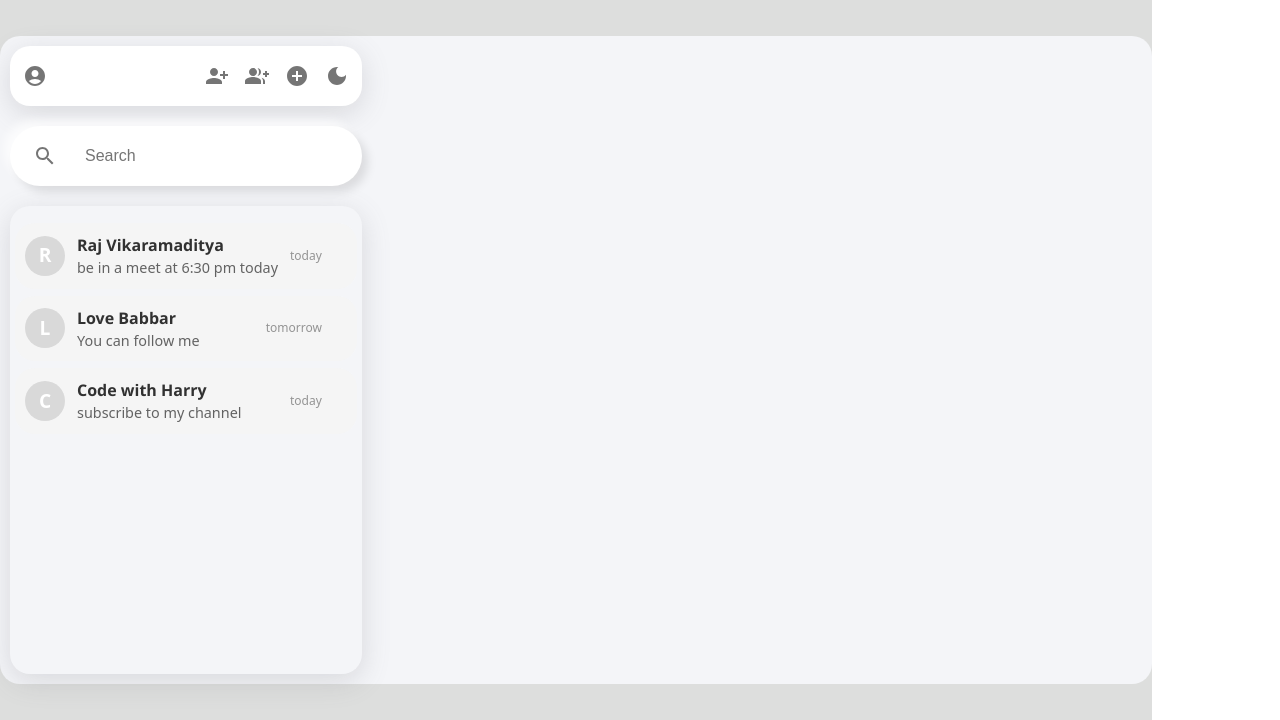
Repository: rahul-chakradhari/chat_app
Page: /app
An editor plug-in stored every save of this project. The page is shown before and after the next save, followed by the edit.
The browser window is 1280 px wide. The pictures show the whole page.
The project was rebuilt for these pictures with package versions that can differ from the ones it lists, and the page was loaded fresh each time. Also part of the build but not shown: vite.config.js, src/components/Login.jsx, src/components/Messagebyme.jsx, src/components/Messagebyothers.jsx, src/components/Chatarea.jsx, src/components/Welcome.jsx, src/components/Creategroups.jsx, src/components/Users.jsx and 1 more.

Above is the page before, as saved 2025-03-02 14:22:35.

After the next save:
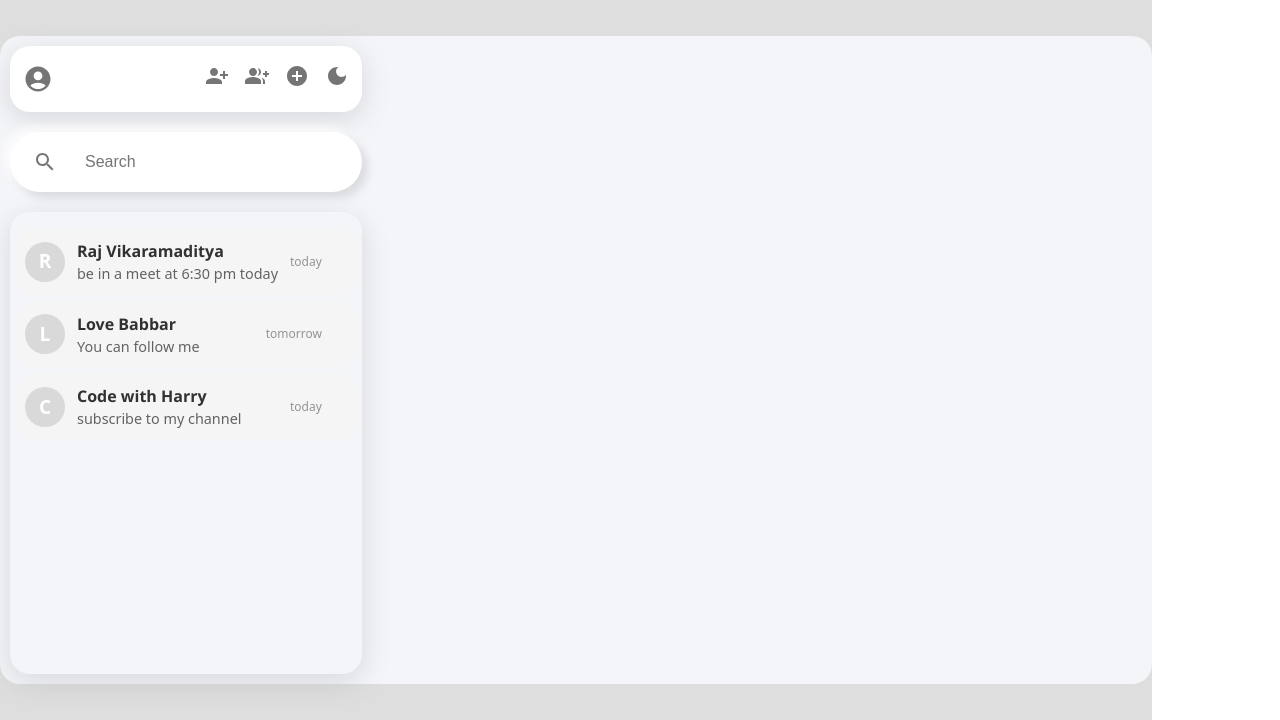
Saved 9 s later.
--- a/src/components/Sidebar.jsx
+++ b/src/components/Sidebar.jsx
@@ -39,7 +39,7 @@
       <div className={"headers " + (lighttheme ? "" : "dark")}>
         <div>
           <IconButton>
-            <AccountCircleIcon />
+            <AccountCircleIcon className="headericons" />
           </IconButton>
         </div>
         <div>

After the save that followed:
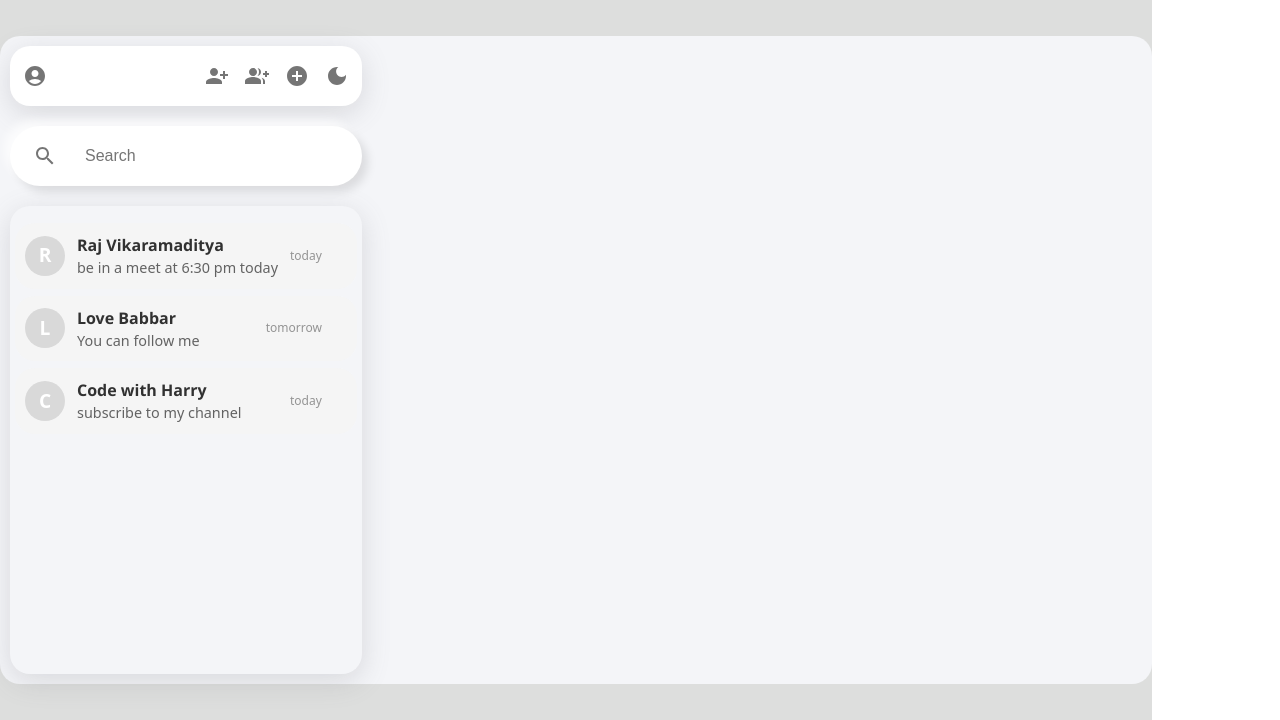
Saved 19 s later.
--- a/src/components/Sidebar.jsx
+++ b/src/components/Sidebar.jsx
@@ -39,7 +39,7 @@
       <div className={"headers " + (lighttheme ? "" : "dark")}>
         <div>
           <IconButton>
-            <AccountCircleIcon className="headericons" />
+            <AccountCircleIcon />
           </IconButton>
         </div>
         <div>
